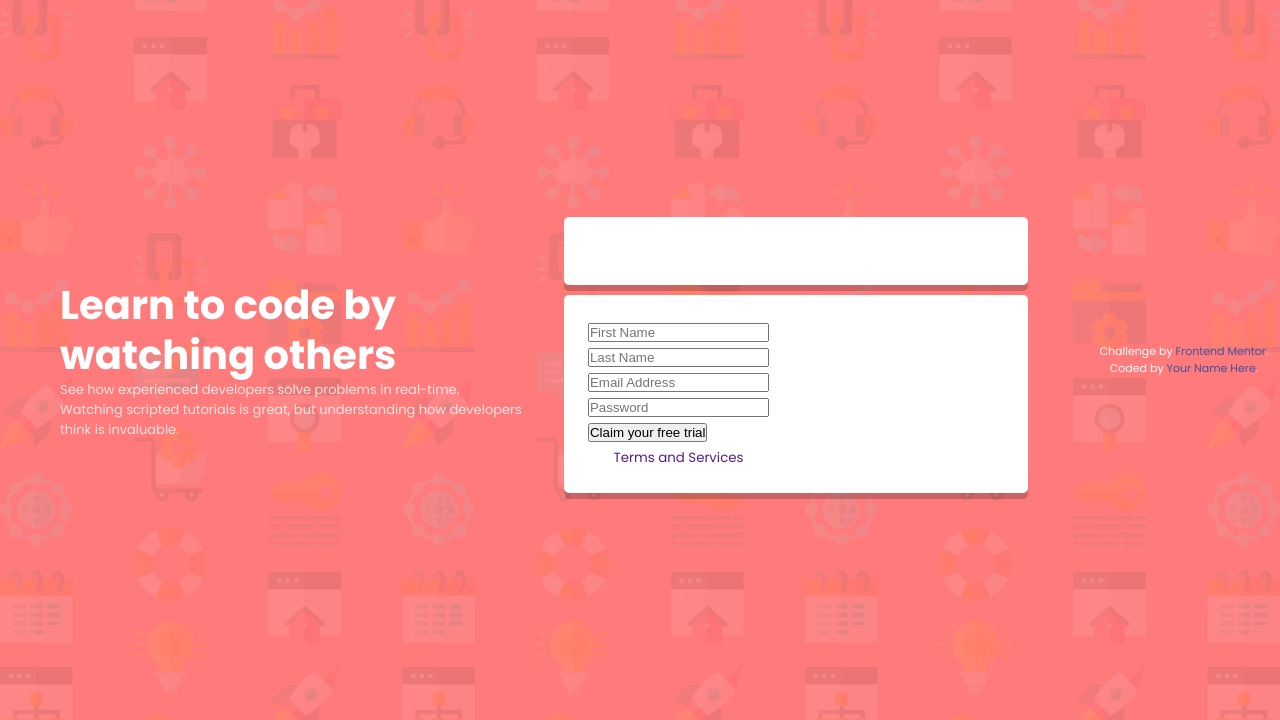
Repository: Akashiii1/WebSignup_Form_Day2
Page: index.html
The author's editor kept a copy of each file at every save. The page is drawn from the files as they stood at one save, then again after the next save.
The browser window is 1280 px wide. The pictures show the whole page.

Above is the page before, as saved 2021-12-19 16:52:29.

### index.html
<!DOCTYPE html>
<html lang="en">
  <head>
    <meta charset="UTF-8" />
    <meta name="viewport" content="width=device-width, initial-scale=1.0" />
    <!-- displays site properly based on user's device -->

    <link
      rel="icon"
      type="image/png"
      sizes="32x32"
      href="./images/favicon-32x32.png"
    />

    <title>Frontend Mentor | Intro component with sign up form</title>

    <!-- Feel free to remove these styles or customise in your own stylesheet 👍 -->
    <link rel="stylesheet" href="style.css" />
    <style>
      .attribution {
        font-size: 11px;
        text-align: center;
      }

      .attribution a {
        color: hsl(228, 45%, 44%);
      }
    </style>
  </head>

  <body>
    <!--




  First Name
  Last Name
  Email Address
  Password



   -->
    <div class="container">
      <div>
        <h1>Learn to code by watching others</h1>
        <p>
          See how experienced developers solve problems in real-time. Watching
          scripted tutorials is great, but understanding how developers think is
          invaluable.
        </p>
      </div>
      <div>
        <div class="box box-blue">
          <p><strong> Try it free 7 days</strong> then $20/mo.thereafter</p>
        </div>
        <form action="" class="box">
          <div class="form-control">
            <input type="text" id="firstName" placeholder="First Name"/>
            <small>FirstName cannot be empty</small>
          </div>
          <div class="form-control">
            <input type="text" id="lastName" placeholder="Last Name"/>
            <small>LastName cannot be empty</small>
          </div>
          <div class="form-control">
            <input type="email" id="email" placeholder="Email Address"/>
            <small> Email cannot be empty </small>
            <!-- <small> Email is not valid</small> -->

          </div>
          <div class="form-control">
            <input type="password" id="passWord" placeholder="Password"/>
            <small> Password cannot be empty </small>
          </div>
          <button>Claim your free trial</button>
          <small
            >By clicking the button, you are agreeing to our
            <a href="">Terms and Services</a></small
          >
        </form>
      </div>
    </div>
    <footer>
      <p class="attribution">
        Challenge by
        <a href="https://www.frontendmentor.io?ref=challenge" target="_blank"
          >Frontend Mentor</a
        >. Coded by <a href="#">Your Name Here</a>.
      </p>
    </footer>
    <script src="app.js"></script>
  </body>
</html>

### style.css
@import url('https://fonts.googleapis.com/css2?family=Poppins:wght@400;500;600;700&display=swap');
html {
box-sizing: border-box;
font-size: 100%;
}
*{
margin: 0;
padding: 0;
}
*,*:before,*:after {
box-sizing: border-box;
}
input,
textarea,
select,
button{
outline: none;
}
input{
line-height: normal;
}
label,
button{
cursor: pointer;
}
a {
text-decoration: none;
}
img {
display: block;
max-width: 100%;
}
body{
  font-family: 'Poppins', sans-serif;
  background-image: url(images/bg-intro-desktop.png);
  background-size: cover;
  background-color: hsl(0, 100%, 74%) ;
  color: #fff;
  display: flex;
  justify-content: center;
  align-items: center;
}
.container{
  display: flex;
  flex-wrap: wrap;
  max-width: 1200px;
  padding: 40px;
  justify-content: center;
  align-items: center;
  min-height: 100vh;
}
.container > div{
  flex: 1;
  padding: 0 20px;
}
.container h1{
  font-size: 40px;
  line-height: 50px;
}
.container p{
  opacity: 0.8;
  font-size: 13px;
}
.box{
  box-shadow: 0 6px rgba(0,0,0,.2);
  background-color: #fff;
  border-radius: 5px;
  margin-bottom: 10px;
  padding: 24px;
}

Loaded but not shown: app.js (no stored copy; drawn as an empty file)

After the next save:
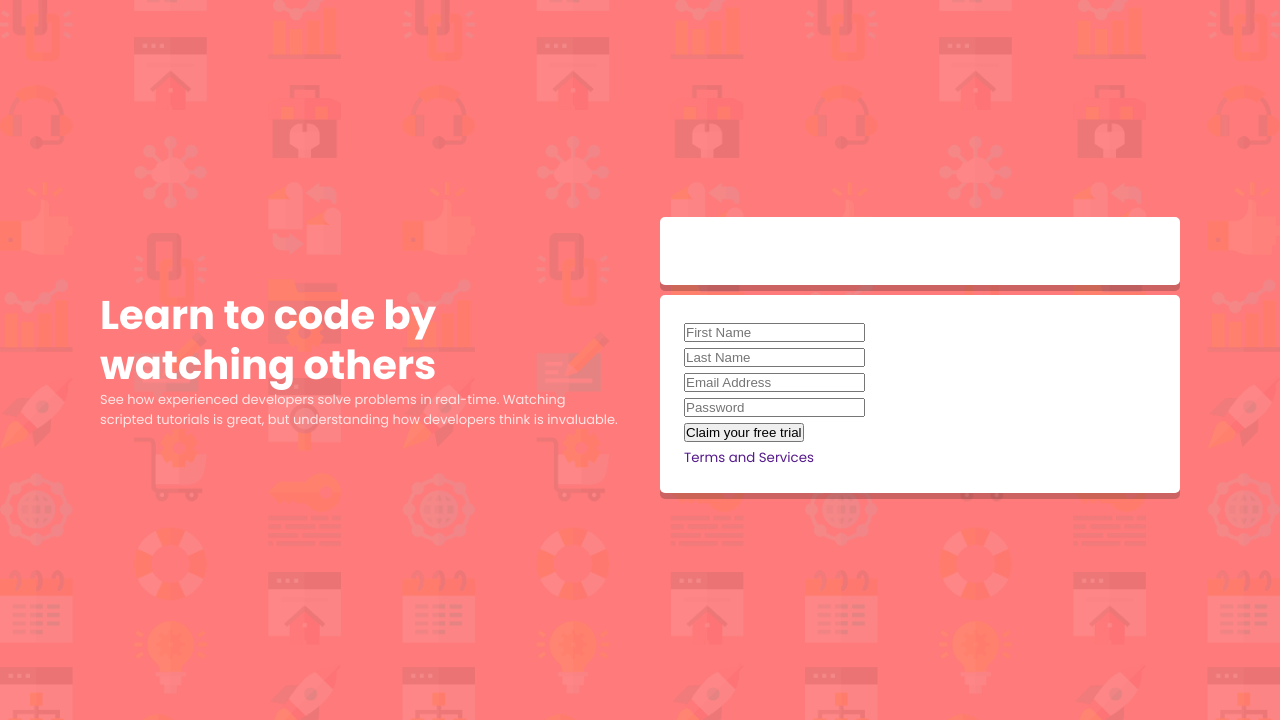
Saved 8 s later.
--- a/index.html
+++ b/index.html
@@ -82,14 +82,14 @@
         </form>
       </div>
     </div>
-    <footer>
+    <!-- <footer>
       <p class="attribution">
         Challenge by
         <a href="https://www.frontendmentor.io?ref=challenge" target="_blank"
           >Frontend Mentor</a
         >. Coded by <a href="#">Your Name Here</a>.
       </p>
-    </footer>
+    </footer> -->
     <script src="app.js"></script>
   </body>
 </html>
